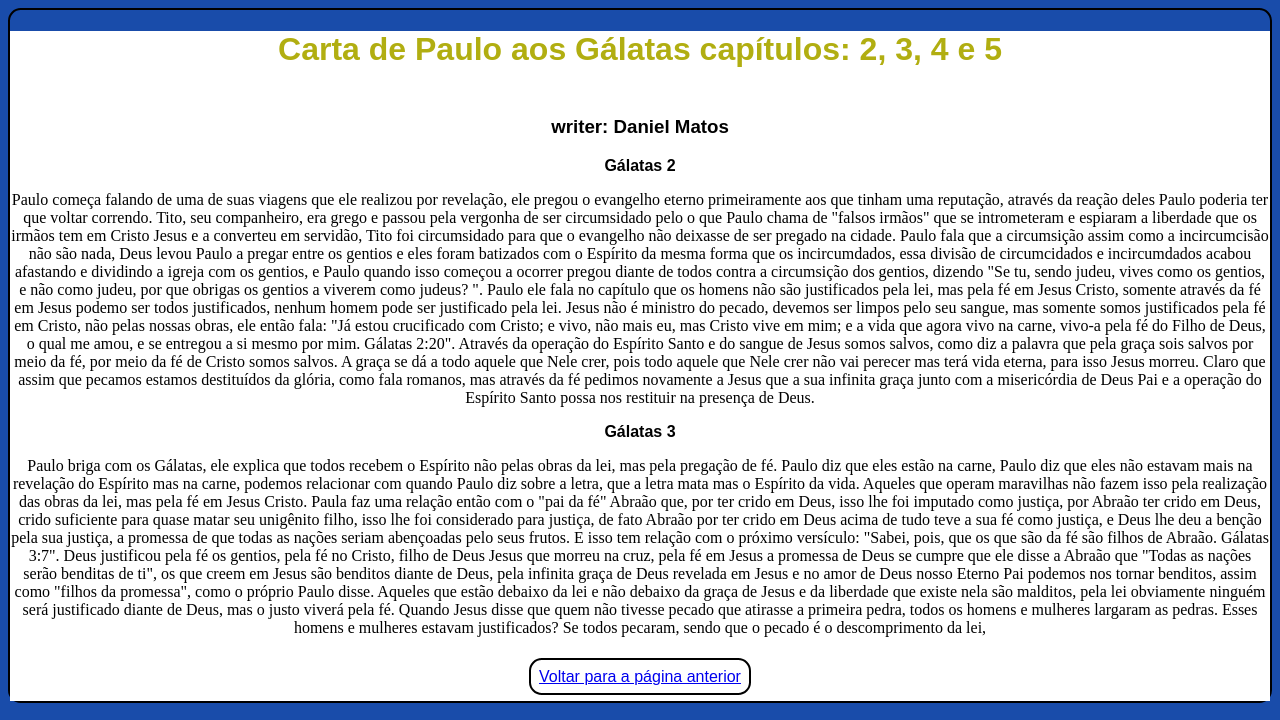
Repository: batmit/FutureFundation.github.io-1
Page: menu/articles/cristianism/importantchapters/galatians.html
The author's editor kept a copy of each file at every save. The page is drawn from the files as they stood at one save, then again after the next save.
The browser window is 1280 px wide. The pictures show the whole page.

Above is the page before, as saved 2021-07-12 11:59:24.

### menu/articles/cristianism/importantchapters/galatians.html
<!DOCTYPE html>
<html lang="pt-BR">
<head>
    <meta charset="UTF-8">
    <meta http-equiv="X-UA-Compatible" content="IE=edge">
    <meta name="viewport" content="width=device-width, initial-scale=1.0">
    <title>Gálatas 2, 3, 4 e 5</title>
    <link rel="stylesheet" href="/menu/main.css">
</head>
<body>
    <div id="all">
        <header>
            <h1>
                Carta de Paulo aos Gálatas capítulos: 2, 3, 4 e 5
            </h1>
            <h3>
                writer: Daniel Matos
            </h3>
        </header>

        <strong>Gálatas 2</strong>

        <p>Paulo começa falando de uma de suas viagens que ele realizou por revelação, ele pregou o evangelho eterno primeiramente aos que tinham uma reputação, através da reação deles Paulo poderia ter que voltar correndo. Tito, seu companheiro, era grego e passou pela vergonha de ser circumsidado pelo o que Paulo chama de "falsos irmãos" que se intrometeram e espiaram a liberdade que os irmãos tem em Cristo Jesus e a converteu em servidão, Tito foi circumsidado para que o evangelho não deixasse de ser pregado na cidade. Paulo fala que a circumsição assim como a incircumcisão não são nada, Deus levou Paulo a pregar entre os gentios e eles foram batizados com o Espírito da mesma forma que os incircumdados, essa divisão de circumcidados e incircumdados acabou afastando e dividindo a igreja com os gentios, e Paulo quando isso começou a ocorrer pregou diante de todos contra a circumsição dos gentios, dizendo "Se tu, sendo judeu, vives como os gentios, e não como judeu, por que obrigas os gentios a viverem como judeus? ". Paulo ele fala no capítulo que os homens não são justificados pela lei, mas pela fé em Jesus Cristo, somente através da fé em Jesus podemo ser todos justificados, nenhum homem pode ser justificado pela lei. Jesus não é ministro do pecado, devemos ser limpos pelo seu sangue, mas somente somos justificados pela fé em Cristo, não pelas nossas obras, ele então fala: "Já estou crucificado com Cristo; e vivo, não mais eu, mas Cristo vive em mim; e a vida que agora vivo na carne, vivo-a pela fé do Filho de Deus, o qual me amou, e se entregou a si mesmo por mim.

            Gálatas 2:20". Através da operação do Espírito Santo e do sangue de Jesus somos salvos, como diz a palavra que pela graça sois salvos por meio da fé, por meio da fé de Cristo somos salvos. A graça se dá a todo aquele que Nele crer, pois todo aquele que Nele crer não vai perecer mas terá vida eterna, para isso Jesus morreu. Claro que assim que pecamos estamos destituídos da glória, como fala romanos, mas através da fé pedimos novamente a Jesus que a sua infinita graça junto com a misericórdia de Deus Pai e a operação do Espírito Santo possa nos restituir na presença de Deus. </p>

        <strong>Gálatas 3</strong>

    <p>Paulo briga com os Gálatas, ele explica que todos recebem o Espírito não pelas obras da lei, mas pela pregação de fé. Paulo diz que eles estão na carne, Paulo diz que eles não estavam mais na revelação do Espírito mas na carne, podemos relacionar com quando Paulo diz sobre a letra, que a letra mata mas o Espírito da vida. Aqueles que operam maravilhas não fazem isso pela realização das obras da lei, mas pela fé em Jesus Cristo. Paula faz uma relação então com o "pai da fé" Abraão que, por ter crido em Deus, isso lhe foi imputado como justiça, por Abraão ter crido em Deus, crido suficiente para quase matar seu unigênito filho, isso lhe foi considerado para justiça, de fato Abraão por ter crido em Deus acima de tudo teve a sua fé como justiça, e Deus lhe deu a benção pela sua justiça, a promessa de que todas as nações seriam abençoadas pelo seus frutos. E isso tem relação com o próximo versículo: "Sabei, pois, que os que são da fé são filhos de Abraão.

        Gálatas 3:7". Deus justificou pela fé os gentios, pela fé no Cristo, filho de Deus Jesus que morreu na cruz, pela fé em Jesus a promessa de Deus se cumpre que ele disse a Abraão que "Todas as nações serão benditas de ti", os que creem em Jesus são benditos diante de Deus, pela infinita graça de Deus revelada em Jesus e no amor de Deus nosso Eterno Pai podemos nos tornar benditos, assim como "filhos da promessa", como o próprio Paulo disse. Aqueles que estão debaixo da lei e não debaixo da graça de Jesus e da liberdade que existe nela são malditos, pela lei obviamente ninguém será justificado diante de Deus, mas o justo viverá pela fé. Quando Jesus disse que quem não tivesse pecado que atirasse a primeira pedra, todos os homens e mulheres largaram as pedras. Esses homens e mulheres estavam justificados? Se todos pecaram, sendo que o pecado é o descomprimento da lei, </p>

        <a href="/menu/articles/cristianism/chaptersimportant.html">Voltar para a página anterior</a>
    </div>
</body>
</html>

### menu/main.css
body{

    text-align: center;

    border: black 2px solid;

    border-radius: 0.8rem;

    font-family: 'Poppins', sans-serif;

    background-color: #194caa;


}

#articles {
    gap: 3px;
}

#all{

    background-color: white;

}


#codigo{
    text-align:left;

}


img{
    text-align: center;
    justify-content: center;

}

p{

    font-family: 'Poppins';

}
a{
    border: 2px solid black;

    border-radius: 0.8rem;

    box-sizing: border-box;

    padding: 0.5rem;

    line-height:3rem;

    margin: 2px;


}

a:hover{

    background-color:rgb(80, 158, 231);

}

h1{

    margin-bottom: 3rem;

    color: rgb(177, 174, 17);

}

audio {
    -webkit-transition:all 0.5s linear;
    -moz-transition:all 0.5s linear;
    -o-transition:all 0.5s linear;
    transition:all 0.5s linear;
    -moz-box-shadow: 2px 2px 4px 0px #006773;
    -webkit-box-shadow:  2px 2px 4px 0px #006773;
    box-shadow: 2px 2px 4px 0px #006773;
    -moz-border-radius:7px 7px 7px 7px ;
    -webkit-border-radius:7px 7px 7px 7px ;
    border-radius:7px 7px 7px 7px ;
}

audio:hover, audio:focus, audio:active {

-webkit-box-shadow: 15px 15px 20px rgba(0,0, 0, 0.4);
-moz-box-shadow: 15px 15px 20px rgba(0,0, 0, 0.4);
box-shadow: 15px 15px 20px rgba(0,0, 0, 0.4);
-webkit-transform: scale(1.05);
-moz-transform: scale(1.05);
transform: scale(1.05);

}



@media (max-width: 900px) {


    a{

        display: block;
        line-height: 0.5rem;
        padding: 1rem;

    }

    #img{
        text-align: right;
    }

}

@media (prefers-color-scheme: dark) {
    #all{

        background-color: black;

    }

    h1{
        color: white
    }

    p{
        color: white;
    }

    a{
        background-color: aqua;
    }

    h3{
        color: white;
    }

    strong {
        color: white;
    }


}

After the next save:
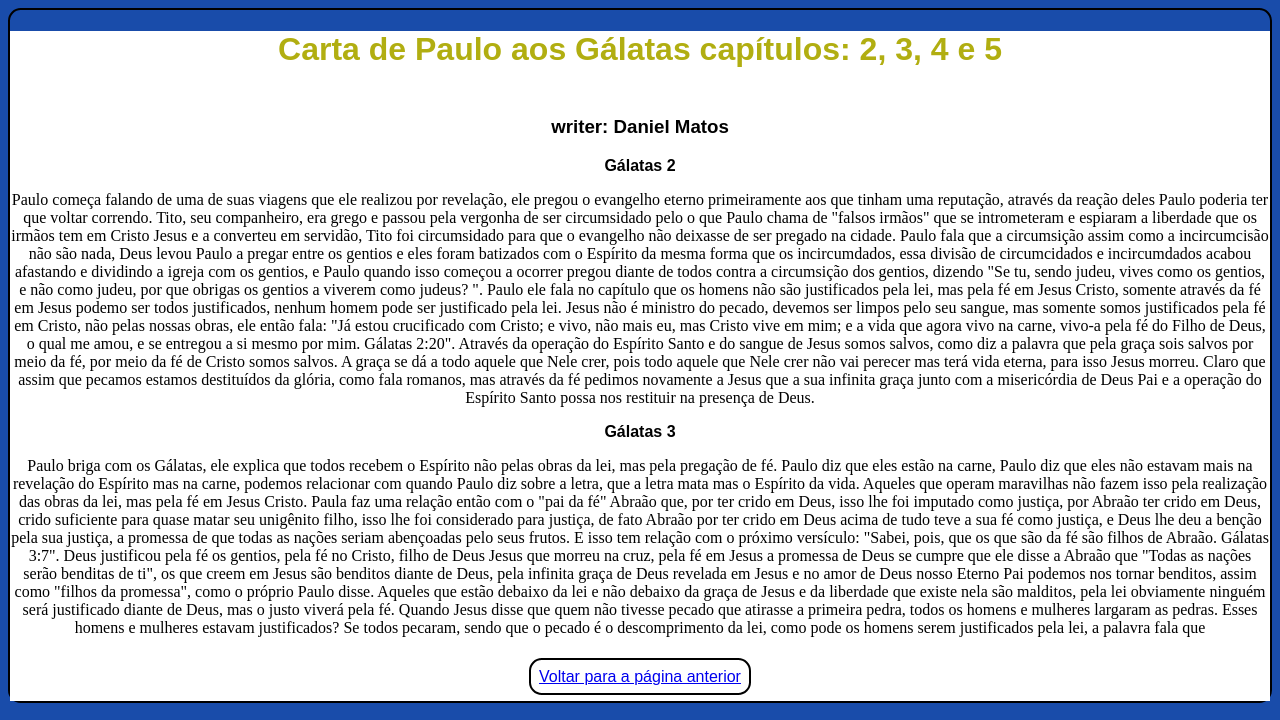
Saved 14 s later.
--- a/menu/articles/cristianism/importantchapters/galatians.html
+++ b/menu/articles/cristianism/importantchapters/galatians.html
@@ -28,7 +28,7 @@
 
     <p>Paulo briga com os Gálatas, ele explica que todos recebem o Espírito não pelas obras da lei, mas pela pregação de fé. Paulo diz que eles estão na carne, Paulo diz que eles não estavam mais na revelação do Espírito mas na carne, podemos relacionar com quando Paulo diz sobre a letra, que a letra mata mas o Espírito da vida. Aqueles que operam maravilhas não fazem isso pela realização das obras da lei, mas pela fé em Jesus Cristo. Paula faz uma relação então com o "pai da fé" Abraão que, por ter crido em Deus, isso lhe foi imputado como justiça, por Abraão ter crido em Deus, crido suficiente para quase matar seu unigênito filho, isso lhe foi considerado para justiça, de fato Abraão por ter crido em Deus acima de tudo teve a sua fé como justiça, e Deus lhe deu a benção pela sua justiça, a promessa de que todas as nações seriam abençoadas pelo seus frutos. E isso tem relação com o próximo versículo: "Sabei, pois, que os que são da fé são filhos de Abraão.
 
-        Gálatas 3:7". Deus justificou pela fé os gentios, pela fé no Cristo, filho de Deus Jesus que morreu na cruz, pela fé em Jesus a promessa de Deus se cumpre que ele disse a Abraão que "Todas as nações serão benditas de ti", os que creem em Jesus são benditos diante de Deus, pela infinita graça de Deus revelada em Jesus e no amor de Deus nosso Eterno Pai podemos nos tornar benditos, assim como "filhos da promessa", como o próprio Paulo disse. Aqueles que estão debaixo da lei e não debaixo da graça de Jesus e da liberdade que existe nela são malditos, pela lei obviamente ninguém será justificado diante de Deus, mas o justo viverá pela fé. Quando Jesus disse que quem não tivesse pecado que atirasse a primeira pedra, todos os homens e mulheres largaram as pedras. Esses homens e mulheres estavam justificados? Se todos pecaram, sendo que o pecado é o descomprimento da lei, </p>
+        Gálatas 3:7". Deus justificou pela fé os gentios, pela fé no Cristo, filho de Deus Jesus que morreu na cruz, pela fé em Jesus a promessa de Deus se cumpre que ele disse a Abraão que "Todas as nações serão benditas de ti", os que creem em Jesus são benditos diante de Deus, pela infinita graça de Deus revelada em Jesus e no amor de Deus nosso Eterno Pai podemos nos tornar benditos, assim como "filhos da promessa", como o próprio Paulo disse. Aqueles que estão debaixo da lei e não debaixo da graça de Jesus e da liberdade que existe nela são malditos, pela lei obviamente ninguém será justificado diante de Deus, mas o justo viverá pela fé. Quando Jesus disse que quem não tivesse pecado que atirasse a primeira pedra, todos os homens e mulheres largaram as pedras. Esses homens e mulheres estavam justificados? Se todos pecaram, sendo que o pecado é o descomprimento da lei, como pode os homens serem justificados pela lei, a palavra fala que </p>
 
         <a href="/menu/articles/cristianism/chaptersimportant.html">Voltar para a página anterior</a>
     </div>
